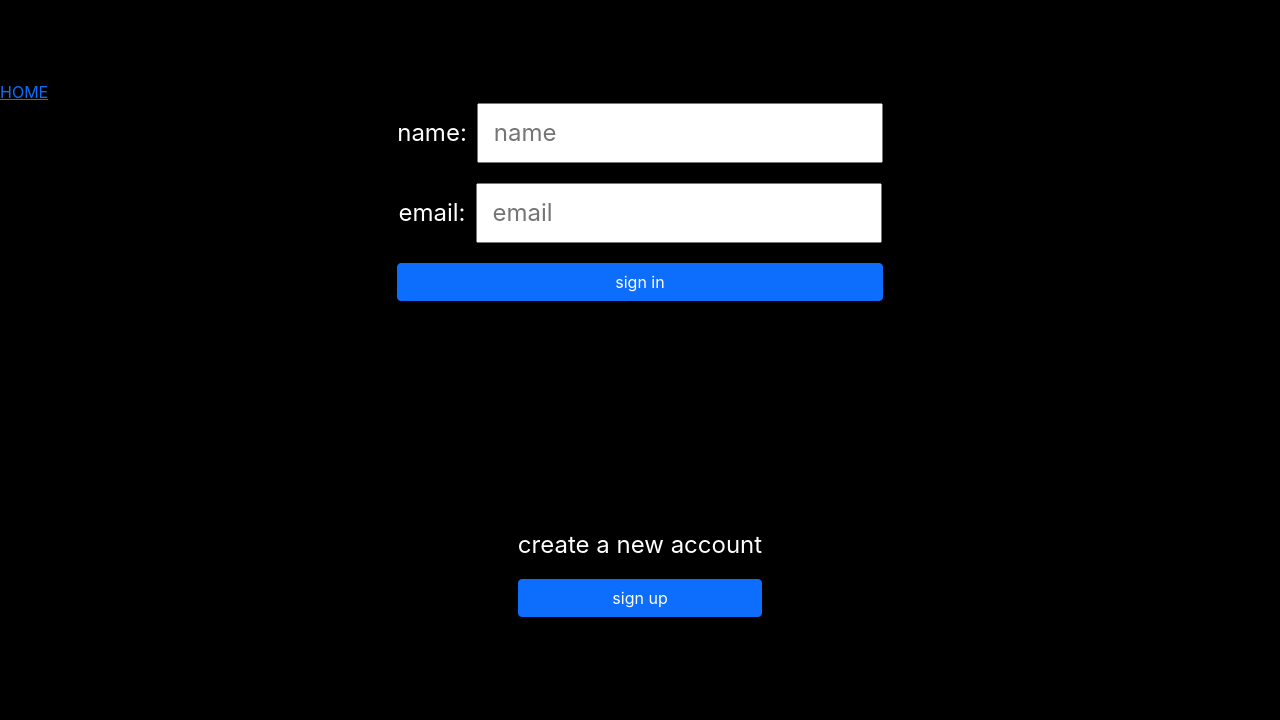
Repository: romAtam/5778
Page: /signin
The author's editor kept a copy of each file at every save. The page is drawn from the files as they stood at one save, then again after the next save.
The browser window is 1280 px wide. The pictures show the whole page.
The project was rebuilt for these pictures with package versions that can differ from the ones it lists, and the page was loaded fresh each time. Also part of the build but not shown: src/Pages/Home.js, src/Pages/Game.js, src/Pages/Web.js, src/Pages/Team.js, src/Pages/User.js, src/Pages/Register.js.

Above is the page before, as saved 2021-12-12 02:18:18.

After the next save:
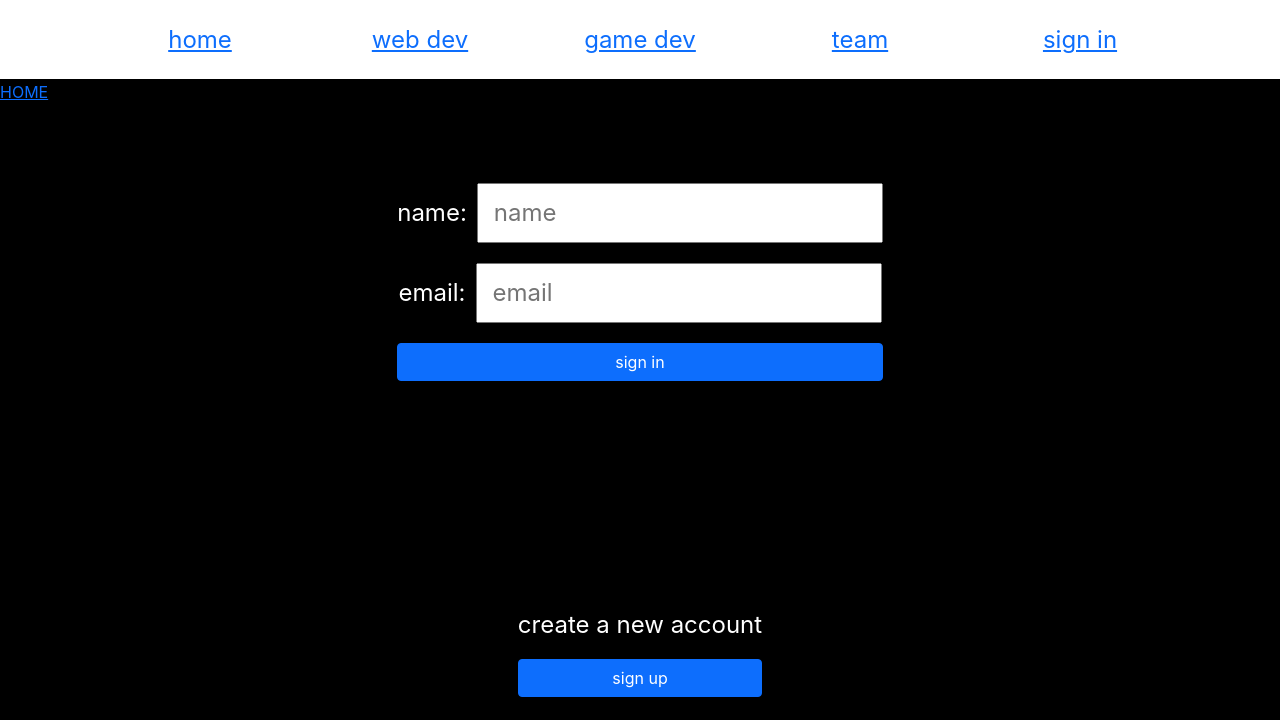
Saved 63 s later.
--- a/src/Pages/Signin.js
+++ b/src/Pages/Signin.js
@@ -3,7 +3,7 @@ import {Link} from "react-router-dom"
 import styled from "styled-components"
 const FormWrapper=styled.div`
 position:fixed;
-top:0;
+top:80px;
 bottom:0;
 right:0;
 left:0;
